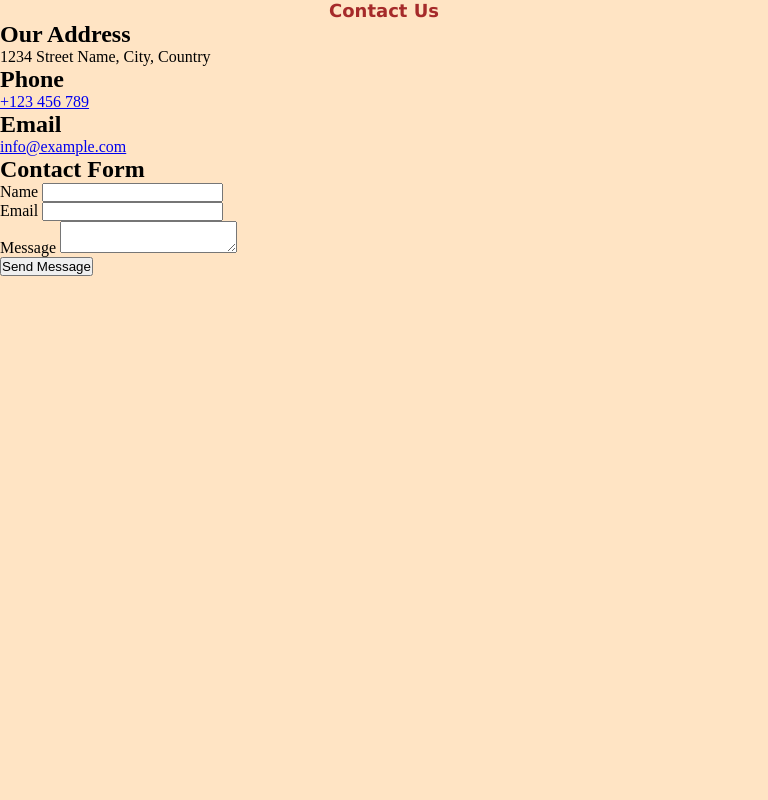
Repository: leerichie/kozi
Page: index.html
These files come from the project's save history. The page is drawn as it stood at one moment and after the next save; the edit follows.
The browser window is 768 px wide. The pictures show the whole page.

Above is the page before, as saved 2024-10-24 18:39:13.

After the next save:
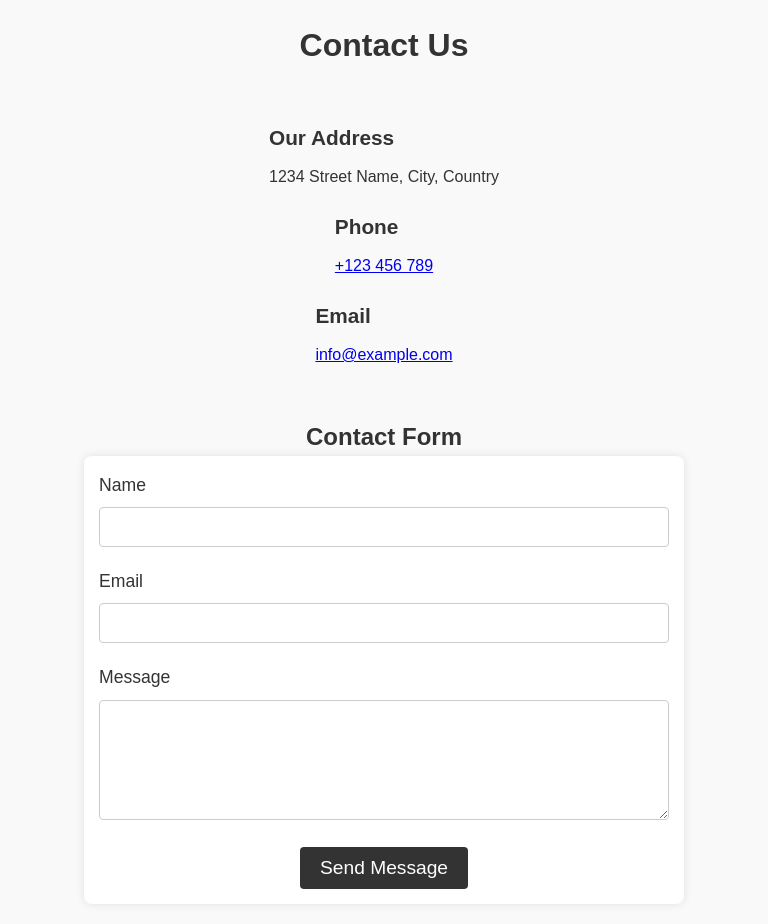
Saved 18 s later.
--- a/css/styles.css
+++ b/css/styles.css
@@ -1,17 +1,123 @@
-body {
-  background-color: bisque;
-  padding: 0 0;
-  margin: 0 0;
+* {
+  margin: 0;
+  padding: 0;
+  box-sizing: border-box;
 }
 
-* {
-  margin: 0 0;
-  padding: 0 0;
+body {
+  font-family: Arial, sans-serif;
+  line-height: 1.6;
+  background-color: #f9f9f9;
+  color: #333;
+  padding: 0 20px;
 }
 
-h1 {
-  font-size: large;
-  color: brown;
-  font-family: Verdana, Geneva, Tahoma, sans-serif;
+.container {
+  max-width: 1200px;
+  margin: 0 auto;
+  padding: 20px;
+}
+
+.contact-header {
+  text-align: center;
+  margin-bottom: 40px;
+}
+
+.contact-header h1 {
+  font-size: 2.5rem;
+}
+
+.contact-info {
+  display: flex;
+  justify-content: space-around;
+  margin-bottom: 40px;
+  flex-wrap: wrap;
+}
+
+.contact-info div {
+  margin: 10px;
+}
+
+.contact-info h2 {
+  font-size: 1.5rem;
+  margin-bottom: 10px;
+}
+
+.contact-info p {
+  font-size: 1.1rem;
+}
+
+.form-container {
   text-align: center;
 }
+
+.contact-form {
+  max-width: 600px;
+  margin: 0 auto;
+  padding: 20px;
+  background-color: #fff;
+  box-shadow: 0 0 10px rgba(0, 0, 0, 0.1);
+  border-radius: 8px;
+}
+
+.form-group {
+  margin-bottom: 20px;
+  text-align: left;
+}
+
+.form-group label {
+  display: block;
+  margin-bottom: 8px;
+  font-size: 1.1rem;
+}
+
+.form-group input,
+.form-group textarea {
+  width: 100%;
+  padding: 10px;
+  border: 1px solid #ccc;
+  border-radius: 4px;
+  font-size: 1rem;
+}
+
+textarea {
+  min-height: 120px;
+}
+
+.submit-btn {
+  background-color: #333;
+  color: #fff;
+  padding: 10px 20px;
+  border: none;
+  border-radius: 4px;
+  font-size: 1.2rem;
+  cursor: pointer;
+}
+
+.submit-btn:hover {
+  background-color: #555;
+}
+
+/* Mobile Styles */
+@media (max-width: 768px) {
+  .contact-info {
+    flex-direction: column;
+    align-items: center;
+  }
+
+  .contact-header h1 {
+    font-size: 2rem;
+  }
+
+  .contact-info h2 {
+    font-size: 1.3rem;
+  }
+
+  .contact-info p {
+    font-size: 1rem;
+  }
+
+  .contact-form {
+    padding: 15px;
+  }
+}
